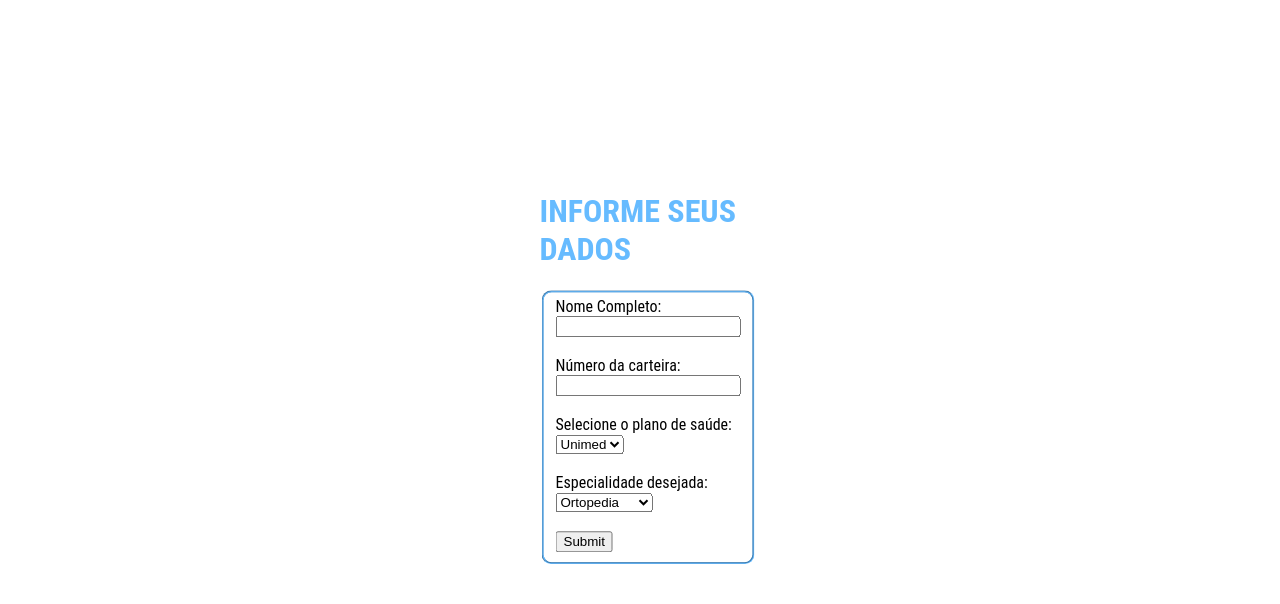
Repository: ohenriquesouza/HospitalCRUD-using-JavaEE
Page: http://localhost/JSP_test/novaConsulta.html
These files come from the project's save history. The page is drawn as it stood at one moment and after the next save; the edit follows.
The browser window is 1280 px wide. The pictures show the whole page.
Some web fonts or font styles are not loaded; a fallback is used. The page is served by Tomcat 9. Other server files are loaded and not shown.

Above is the page before, as saved 2022-12-27 16:23:08.

### JSP_test/src/main/webapp/novaConsulta.html
<!DOCTYPE html>
<html lang = "pt-br">
    <head>
        <meta charset="UTF-8">
        <meta http-equiv="X-UA-Compatible" content="IE=edge">
        <meta name="viewport" content="width=device-width, initial-scale=1.0">
        <title>Nova Consulta</title>
        <link rel="stylesheet" href="style.css">
    </head>
    <body>
        <div class="box">
        	<h1>INFORME SEUS DADOS</h1>
            <form action="">
                <fieldset>
                    <div class="input_box">
                        <label for="nome">Nome Completo:</label>
                        <input type="text" name="nome" id="nome" class="input_name" required></input>
                    </div>
                    <br>
	                <div class="input_box">
                        <label for="NmCarteira">Número da carteira:</label>
                        <input type="number" name="NmCarteira" id="NmCarteira" class="input_nmCarteira" required></input>
                    </div>
                    <br>
                     <div class="input_box">
                        <label for="">Selecione o plano de saúde:</label>
						<select name="plan" id="plan" form="">
						  <option value="ortopedia">Unimed</option>
						  <option value="pediatria">Amil</option>
						  <option value="clinica">GNDI</option>
						</select>
                    </div>
                    <br>
                    <div class="input_box">
                        <label for="">Especialidade desejada:</label>
						<select name="especs" id="especs" form="">
						  <option value="ortopedia">Ortopedia</option>
						  <option value="pediatria">Pediatria</option>
						  <option value="clinica">Clínica geral</option>
						</select>
                    </div>
                    <br>

                    <input type="submit"></input>

                </fieldset>
            </form>
        </div>
    </body>
</html>

### JSP_test/src/main/webapp/style.css
@charset "utf-8";
@import url('https://fonts.googleapis.com/css2?family=Roboto+Condensed:wght@300&display=swap');
body{
    position: absolute;
    top: 50%;
    left: 50%;
    transform: translate(-50%, -50%);
	font-size: 1em;
	font-weight: 400;
	font-family: 'Roboto Condensed', sans-serif;
}
h1{
	color: #66bbff;
}
.botao1{
	text-decoration: none;
	background-color: #66bbff;
	padding: 5px 10px 5px 10px;
	color: #fff;
	font-size: 1.2em;
	font-weight: 700;
	border-radius: 8px;
}
 .box{
                position: absolute;
                top: 50%;
                left: 50%;
                transform: translate(-50%, -50%);
                padding: 15px;
                border-radius: 10px;
}
fieldset{
    border-radius: 10px;
    border-color: #66bbff;
}

After the next save:
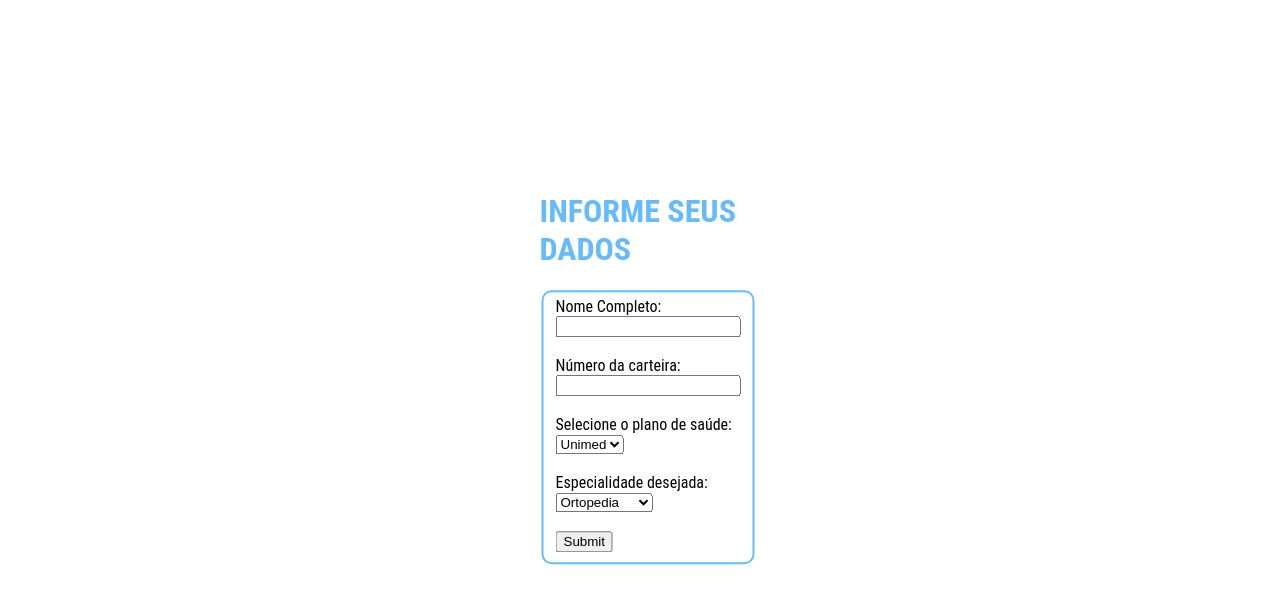
Saved 82 s later.
--- a/JSP_test/src/main/webapp/style.css
+++ b/JSP_test/src/main/webapp/style.css
@@ -31,5 +31,6 @@ h1{
 }
 fieldset{
     border-radius: 10px;
+    border-style: solid;
     border-color: #66bbff;
 }
